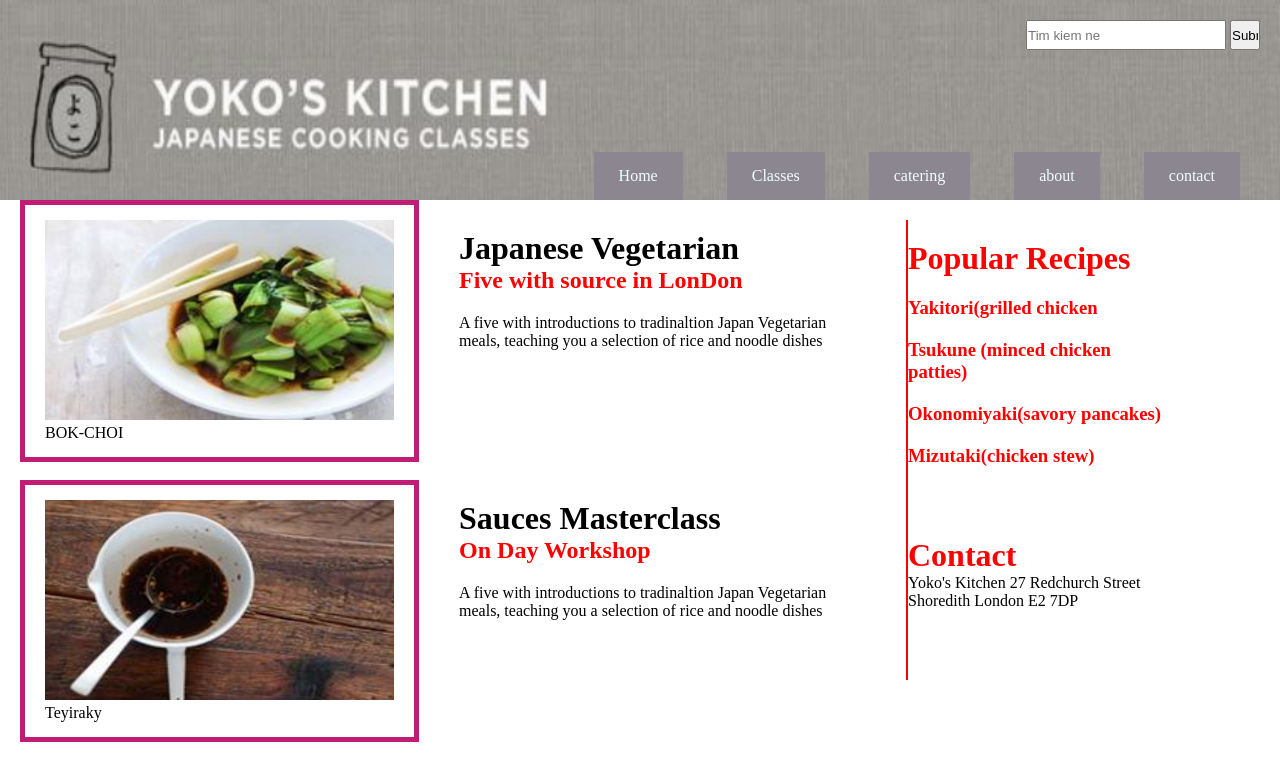
Repository: huy352002/20012931-Tr-n-Quang-Huy
Page: bt2.html
These files come from the project's save history. The page is drawn as it stood at one moment and after the next save; the edit follows.
The browser window is 1280 px wide. The pictures show the whole page.

Above is the page before, as saved 2022-09-30 10:49:25.

After the next save:
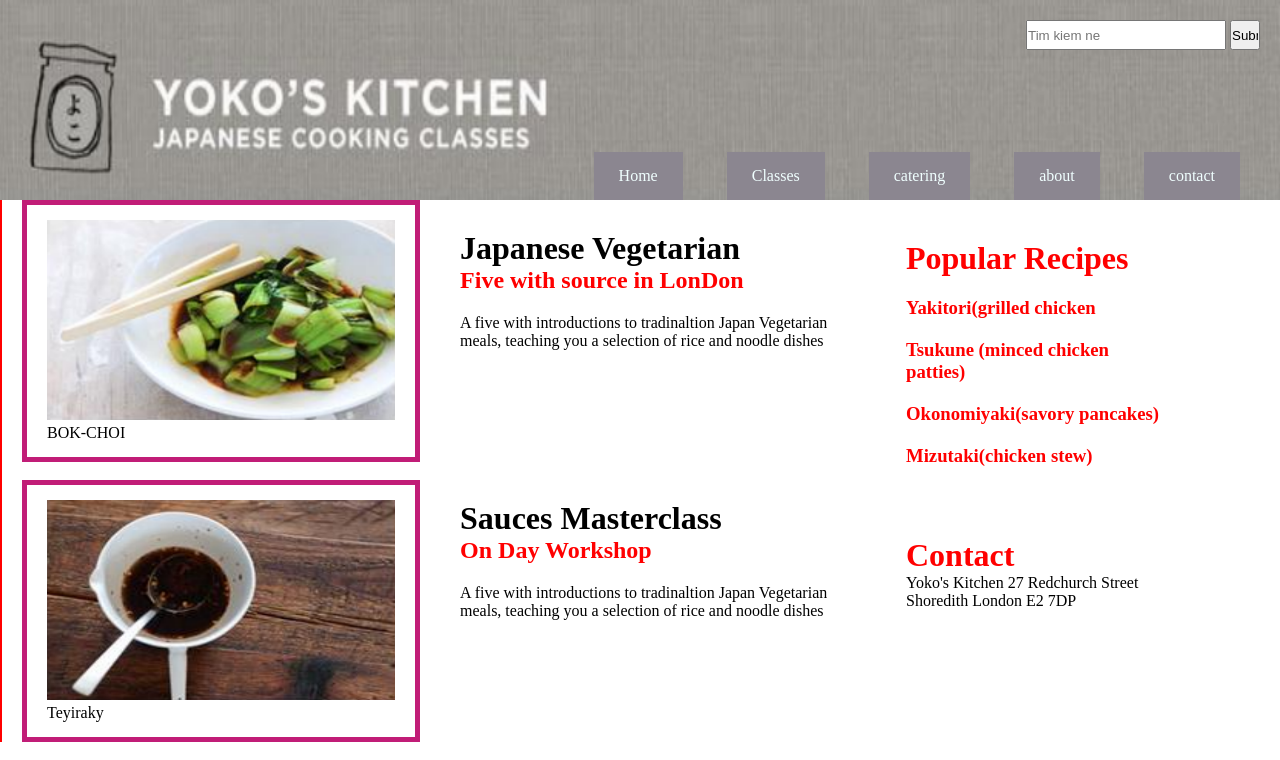
Saved 32 s later.
--- a/bt2.css
+++ b/bt2.css
@@ -67,6 +67,7 @@
     width: 70%;
     height: auto;
     display: inline-block;
+    border-left: 2px solid red;
 }
 
 .sub1 {
@@ -117,7 +118,6 @@
     height: auto;
     display: inline-block;
     margin: 20px 10px;
-    border-left: 2px solid red;
 }
 
 .body2_p1,
